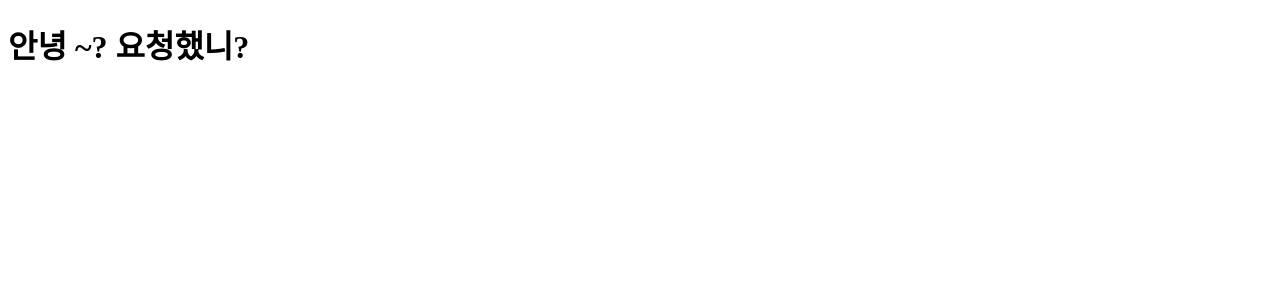
Repository: DonghwanSon1/StudyAndSubwayStore
Page: 1_Servlet/WebContent/index.html
These files come from the project's save history. The page is drawn as it stood at one moment and after the next save; the edit follows.
The browser window is 1280 px wide. The pictures show the whole page.

Above is the page before, as saved 2022-05-31 02:52:43.

After the next save:
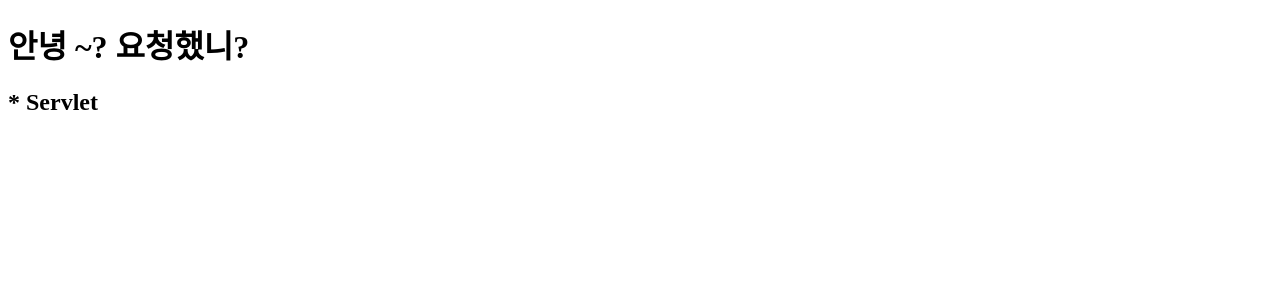
Saved 22 min 21 s later.
--- a/1_Servlet/WebContent/index.html
+++ b/1_Servlet/WebContent/index.html
@@ -48,14 +48,62 @@
 			4_2) default output folder 경로 재설정 : WebContent/WEB-INF/classes - Next
 				=> output folder로 지정된 classes폴더에는 컴파일된 클래스 파일들이 들어간다.
 				실제로 프로젝트 배포 시 WebContent폴더가 배포된다. (이 안에 컴파일된 클래스파일들이 있어야함!!)
-				기본 경로(bulid/classes)로 지정해놓으면 해당 그 폴더가 WebContent안에 만들어지지 않음 주의!!!!!
+				기본 경로(build/classes)로 지정해놓으면 해당 그 폴더가 WebContent안에 만들어지지 않음 주의!!!!!
 
 			4_3) Context root : 이 어플리케이션만의 고유한 이름으로 지어줄것 (기본값 == 프로젝트명// 보통 재정의함)
 				=> 하나의 서버로 여러개의 어플리케이션을 구동시킬수 있음.
 				고유한 이름을 따라서 해당 어플리케이션에 접근하는 경로로 사용 가능하고, 어플리케이션들을 구분할 수 있음
+
+				Content directory : 실제로 배포되는 폴더(즉, 서버에 올라가는 폴더)들의 최상위 폴더명을 지정하는것
+									=> default output folder의 WebContent폴더로 지정할 것!!!!!!!!
+				Generate web.xml deployment descriptor 무조건 체크할것 !!! (기본적으로 체크 안되어있음)
+				=> web.xml => 기본적인 해당 어플리케이션의 전체 설정 정보를 가지고 있는 파일 (서버 실행과 동시에 메이페이지를 지정해줌)
+				굳이 파일을  수정할 일 없으면 안만들어도 되지만 (내부적으로 server가 가지고 있는 web.xml파일이 존재하긴함)
+				그래도 혹시나 수정을 한다거나 작업할 일이 있을수도있으므로 무조건 만들고 시작하자!!!
+
+			4_4) Finish
+
+		5) 새롭게 만든 Project 확인해보기!!
+
+			5_1) [프로젝트] - [WebContent] - [WEB-INF] - classes폴더 잘 만들어졌는지 확인하기
+			5_2) [프로젝트] - [WebContent] - [WEB-INF] - web.xml문서 잘 만들어졌는지 확인하기
+			5_3) index.html파일만들기(꼭꼭꼭꼭 WebContent 폴더 내부에 만든다 꼭꼭꼭)
+
+		6) 생성해놓은 서버에 어플리케이션 올리기
+			=> 서버 오른쪽 클릭 => Add and Remove - 올리고자 하는 어플리케이션 선택 후 ADD버튼 누르고 - Finish
+
+		7) Server start 후 웹 어플리케이션 요청해서 index 잘 열리는지 확인하기!
 	 -->
 
 	<h1>안녕 ~? 요청했니?</h1>
 
+	<h2>* Servlet</h2>
+
+
+
+
+
+
+
+
+
+
+
+
+
+
+
+
+
+
+
+
+
+
+
+
+
+
+
 </body>
 </html>
